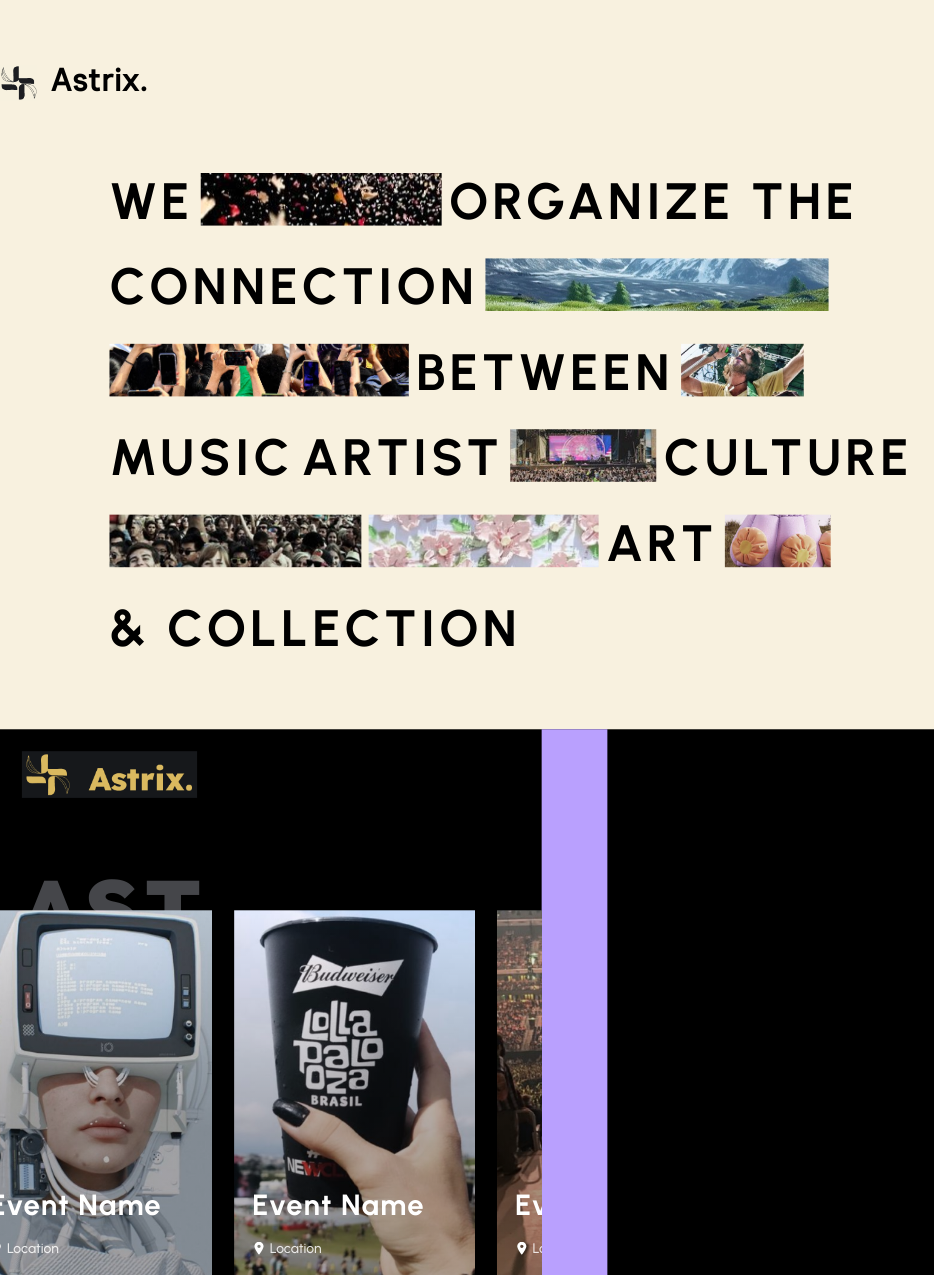
Repository: sharma171/astrix
Page: /
The author's editor kept a copy of each file at every save. The page is drawn from the files as they stood at one save, then again after the next save.
The browser window is 1280 px wide. The pictures show the whole page, at 73% of full size.
The project was rebuilt for these pictures with package versions that can differ from the ones it lists, and the page was loaded fresh each time.

Above is the page before, as saved 2024-05-20 15:29:31.

### src/index.jsx
import React from 'react';
import ReactDOM from 'react-dom/client';
// import './index.css';
import App from './App';
import reportWebVitals from './reportWebVitals';

const root = ReactDOM.createRoot(document.getElementById('root'));
root.render(
  // <React.StrictMode>
    <App />
  // </React.StrictMode>
);

// If you want to start measuring performance in your app, pass a function
// to log results (for example: reportWebVitals(console.log))
// or send to an analytics endpoint. Learn more: https://bit.ly/CRA-vitals
reportWebVitals();

### src/App.jsx
import React from "react";
import { BrowserRouter as Router, Route, Routes } from "react-router-dom";
import Home from "./Home";
import "./component/main.css";
//fonts
import "./fonts/FUTURA45LIGHT.TTF";
import "./fonts/FUTURA55REGULAR.TTF";
import "./fonts/FUTURA65MEDIUM.TTF";
import "./fonts/FUTURA75BOLD.TTF";

function App() {
  return (
    <div>
      <Router>
        <Routes>
          <Route path="/" element={<Home/>} />
        </Routes>
      </Router>
    </div>
  );
}
export default App;

### src/Home.jsx
import React, { useState } from 'react';
import Hero from "./component/hero";
import HomeSection from './component/homesection';
const Home = () => {
    const [heroActive, setHeroActive] = useState(false);
    const handleActive = () => {
        setHeroActive(!heroActive);
    }
    return(
        <div>
            <div className={`floating-hero ${heroActive ? 'active' : ''}`} onClick={handleActive}>
                <Hero />
            </div>
            <div className="homesection">
                <HomeSection />
            </div>
        </div>
    );
}
export default Home;

### src/component/main.css
@import url('https://fonts.googleapis.com/css2?family=Urbanist:ital,wght@0,100..900;1,100..900&display=swap');

@font-face {
    font-family: "sebino";
    src: local("sebino"),
     url("../fonts/Sebino-Regular.ttf") format("truetype");
    font-weight: 500;
}
@font-face {
    font-family: "futuralight";
    src: local("futuralight"),
     url("../fonts/FUTURA45LIGHT.TTF") format("truetype");
    font-weight: light;
}
@font-face {
    font-family: "futuraregular";
    src: local("futuraregular"),
     url("../fonts/FUTURA55REGULAR.TTF") format("truetype");
    font-weight: regular;
}
@font-face {
    font-family: "futuramedium";
    src: local("futuramedium"),
     url("../fonts/FUTURA65MEDIUM.TTF") format("truetype");
    font-weight: medium;
}
@font-face {
    font-family: "futurabold";
    src: local("futurabold"),
     url("../fonts/FUTURA75BOLD.TTF") format("truetype");
    font-weight: bold;
}

*{
    padding: 0;
    margin: 0;
}
* a{
    text-decoration: none;
}
* .row-flex {
    display: flex;
    flex-direction: row;
}
* .col-flex {
    display: flex;
    flex-direction: column;
}
* .container {
    width: 100%;
    max-width: 1380px;
    margin: 0 auto;
}
* .bigcontainer {
    width: 100%;
    max-width: 1520px;
    margin: 0 auto;
}
#root {
    background: #000;
    min-height: 100vh;
}

### src/component/hero.jsx
import React from "react";
import Header from "./header";
import "./hero-overlay/css/hero.css";
import ImageOne from "./hero-overlay/images/heroimage1.jpeg";
import ImageTwo from "./hero-overlay/images/heroimage2.jpeg";
import ImageThree from "./hero-overlay/images/heroimage3.jpg";
import ImageFour from "./hero-overlay/images/heroimage4.png";
import ImageFive from "./hero-overlay/images/heroimage5.png";
import ImageSix from "./hero-overlay/images/heroimag6.png";
import ImageSeven from "./hero-overlay/images/heroimage7.png";
import ImageEight from "./hero-overlay/images/heroimage8.png";
const Hero = () => {
    return(
        <>
            <Header />
            <div className={`container`} >
                <div className={`hero-anim row-flex`}>
                    <h3 className="hero-text">WE</h3>
                    <img className="hero-image" src={ImageOne} alt="" />
                    <h3 className="hero-text">ORGANIZE THE</h3>
                    <h3 className="hero-text">CONNECTION</h3>
                    <img className="hero-image" src={ImageTwo} alt="" />
                    <img className="hero-image" src={ImageThree} alt="" />
                    <h3 className="hero-text">BETWEEN</h3>
                    <img className="hero-image" src={ImageFour} alt="" />
                    <h3 className="hero-text">MUSIC</h3>
                    <h3 className="hero-text">ARTIST</h3>
                    <img className="hero-image" src={ImageFive} alt="" />
                    <h3 className="hero-text">CULTURE</h3>
                    <img className="hero-image" src={ImageSix} alt="" />
                    <img className="hero-image" src={ImageSeven} alt="" />
                    <h3 className="hero-text">ART</h3>
                    <img className="hero-image" src={ImageEight} alt="" />
                    <h3 className="hero-text">& COLLECTION</h3>
                </div>
            </div>
        </>
    );
}
export default Hero;

### src/component/homesection.js
import React from "react";
import "./home.css";
import AstrixIcon from "./images/asterlogo.png";
import CarImage1 from "./images/car-image.png";
import CarImage2 from "./images/car-image2.png";
import CarImage3 from "./images/car-image3.png";
import CarImage4 from "./images/car-image4.png";
import LocationIcon from "./images/location.svg";


const HomeSection = () => {
    return(
        <>
            <div className="bigcontainer">
                <div className="row-flex">
                    <div className="col-flex car-row-col">
                        <div className="row-flex car-row-row">
                            <div className="car-col">
                                <div className="homebrand">
                                    <img src={AstrixIcon} alt="" />
                                </div>
                                <div className="carousel-inner">
                                    <span className="one">AST<br></br>RIX</span>
                                    <span className="two">EVE<br></br>NTS</span>
                                    <div className="carousel-box">
                                        <div className="car-item">
                                            <img src={CarImage1} alt="carousel" className="carimg" />
                                            <div className="overlay col-flex">
                                                <h3 className="eventname">Event Name</h3>
                                                <div className="location row-flex">
                                                    <img src={LocationIcon} alt="" className="icon" />
                                                    <span>Location</span>
                                                </div>
                                            </div>
                                        </div>
                                        <div className="car-item">
                                            <img src={CarImage2} alt="carousel" className="carimg" />
                                            <div className="overlay col-flex">
                                                <h3 className="eventname">Event Name</h3>
                                                <div className="location row-flex">
                                                    <img src={LocationIcon} alt="" className="icon" />
                                                    <span>Location</span>
                                                </div>
                                            </div>
                                        </div>
                                        <div className="car-item">
                                            <img src={CarImage3} alt="carousel" className="carimg" />
                                            <div className="overlay col-flex">
                                                <h3 className="eventname">Event Name</h3>
                                                <div className="location row-flex">
                                                    <img src={LocationIcon} alt="" className="icon" />
                                                    <span>Location</span>
                                                </div>
                                            </div>
                                        </div>
                                        <div className="car-item">
                                            <img src={CarImage4} alt="carousel" className="carimg" />
                                            <div className="overlay col-flex">
                                                <h3 className="eventname">Event Name</h3>
                                                <div className="location row-flex">
                                                    <img src={LocationIcon} alt="" className="icon" />
                                                    <span>Location</span>
                                                </div>
                                            </div>
                                        </div>
                                    </div>
                                </div>
                            </div>
                            <div className="tick-col"></div>
                        </div>
                    </div>
                    <div className="col-flex evnt-col">

                    </div>
                </div>
            </div>
        </>
    );
}
export default HomeSection;

### src/component/header.jsx
import React from 'react';
import { Link } from 'react-router-dom';
import "./hero-overlay/css/header.css"
import HeroLogo from './hero-overlay/images/png logo.png';

const Header = () => {
    return(
        <div className="ov-header">
            <div className="container">
                <div className="navmenu">
                    <Link to="#" className="row-flex">
                        <img
                            src={HeroLogo}
                            alt="Asterix-logo"
                            className="brand-logo"
                        />
                        <h1 className='brand-name'>Astrix.</h1>
                    </Link>
                </div>
            </div>
        </div>
    )
}

export default Header;

### src/component/hero-overlay/css/hero.css
.floating-hero {
    background: #f8f1df;
    min-height: 100vh;
    transition: all 2s;
    cursor: pointer;
    display: block;
    position: static;
    width: 100%;
    transition: all 3s ease-in-out;
    top: 0;
}
.floating-hero.active {
    display: block;
    position: fixed;
    top: -500%;
    left: 0;
}
.floating-hero .navmenu{
    padding-top: 90px;
}

.floating-hero .hero-anim {
    flex-wrap: wrap;
    row-gap: 40px;
    column-gap: 10px;
    padding-left: 150px;
    padding-top: 100px;
    padding-bottom: 100px;
}

.floating-hero .hero-anim .hero-image {
    max-height: 72px;
    object-fit: cover;
}
.floating-hero .hero-anim .hero-text {
    font-family: "Urbanist", sans-serif;
    font-size: 70px;
    letter-spacing: 6px;
    line-height: 1.1;
    font-weight: 700;
    color: #000;
}
.floating-hero .hero-anim .hero-image:nth-child(2) {
    animation-name: hero-first;
    animation-duration: 9s;
    animation-timing-function: ease-in-out;
    animation-iteration-count: infinite;
    animation-delay: 2s;
    width: 450px;
}
.floating-hero .hero-anim .hero-image:nth-child(5) {
    animation-name: hero-second;
    animation-duration: 9s;
    animation-timing-function: ease-in-out;
    animation-iteration-count: infinite;
    animation-delay: 2s;
    width: 620px;
}
.floating-hero .hero-anim .hero-image:nth-child(6) {
    animation-name: hero-third;
    animation-duration: 9s;
    animation-timing-function: ease-in-out;
    animation-iteration-count: infinite;
    animation-delay: 2s;
    width: 340px;
}
.floating-hero .hero-anim .hero-image:nth-child(11) {
    animation-name: hero-four;
    animation-duration: 9s;
    animation-timing-function: ease-in-out;
    animation-iteration-count: infinite;
    animation-delay: 2s;
    width: 300px;
}
.floating-hero .hero-anim .hero-image:nth-child(13) {
    animation-name: hero-fifth;
    animation-duration: 9s;
    animation-timing-function: ease-in-out;
    animation-iteration-count: infinite;
    animation-delay: 2s;
    width: 190px;
}
.floating-hero .hero-anim .hero-image:nth-child(14) {
    animation-name: hero-sixth;
    animation-duration: 9s;
    animation-timing-function: ease-in-out;
    animation-iteration-count: infinite;
    animation-delay: 2s;
    width: 255px;
}
@keyframes hero-first {
    0% {
        width: 450px;
    }
    25% {
        width: 330px;
    }
    50% {
        width: 330px;
    }
    75% {
        width: 450px;
    }
    100% {
        width: 450px;
    }
}
@keyframes hero-second {
    0% {
        width: 620px;
    }
    25% {
        width: 470px;
    }
    50% {
        width: 470px;
    }
    75% {
        width: 620px;
    }
    100% {
        width: 620px;
    }
}
@keyframes hero-third {
    0% {
        width: 340px;
    }
    25% {
        width: 410px;
    }
    50% {
        width: 410px;
    }
    75% {
        width: 340px;
    }
    100% {
        width: 340px;
    }
}
@keyframes hero-four {
    0% {
        width: 300px;
    }
    25% {
        width: 200px;
    }
    50% {
        width: 200px;
    }
    75% {
        width: 300px;
    }
    100% {
        width: 300px;
    }
}
@keyframes hero-fifth {
    0% {
        width: 190px;
    }
    25% {
        width: 345px;
    }
    50% {
        width: 345px;
    }
    75% {
        width: 190px;
    }
    100% {
        width: 190px;
    }
}
@keyframes hero-sixth {
    0% {
        width: 255px;
    }
    25% {
        width: 315px;
    }
    50% {
        width: 315px;
    }
    75% {
        width: 255px;
    }
    100% {
        width: 255px;
    }
}

### src/component/home.css
@import url('https://fonts.googleapis.com/css2?family=Lexend:wght@100..900&family=Roboto+Slab:wght@100..900&display=swap');

/* Carousel columns */


.homesection .car-row-col {
    width: 65%;
}
.homesection .car-row-row {
    flex-wrap: nowrap;
    width: 100%;
}
.homesection .car-col {
    width: calc(100% - 90px);
}
.homesection .tick-col {
    width: 90px;
    background: #b9a0fe;
}
.homesection .car-col .homebrand {
    margin-top: 30px;
    margin-left: 30px;
}
.homesection .car-col .homebrand img{
    width: 240px;
}

.homesection .car-col .carousel-inner {
    position: relative;
    margin: 90px 0 0 0;
}

.homesection .car-col .carousel-inner .one {
    position: absolute;
    top: 0;
    color: #45464a;
    font-family: "Lexend", sans-serif;
    font-size: 114px;
    line-height: 1;
    font-weight: 800;
    letter-spacing: 8px;
    margin-left: 30px;
    z-index: 1;
}
.homesection .car-col .carousel-inner .two {
    position: absolute;
    bottom: 60px;
    color: #45464a;
    font-family: "Lexend", sans-serif;
    font-size: 114px;
    line-height: 1;
    font-weight: 800;
    letter-spacing: 8px;
    margin-left: 30px;
    z-index: 1;
}
.homesection .car-col .carousel-inner .carousel-box {
    z-index: 10;
    position: relative;
    padding-top: 60px;
    padding-left: 28%;
    gap: 30px;
    display: flex;
    flex-direction: row;
    overflow: hidden;
}
.homesection .car-col .carousel-inner .carousel-box .car-item {
    height: 500px;
    width: 330px;
    max-height: 500px;
    max-width: 330px;
    position: relative;
    animation-name: carousel;
    animation-delay: 2s;
    animation-duration: 7.6s;
    animation-iteration-count:infinite;
    animation-timing-function: ease-in-out;
}
.homesection .car-col .carousel-inner .carousel-box .car-item:nth-child(1) .overlay {
    animation-name: visible1;
    animation-delay: 2s;
    animation-duration: 7.6s;
    animation-iteration-count:infinite;
    animation-timing-function: ease-in-out;
}
@keyframes carousel {
    0% {
        transform: translate(0%);
    }
    10% {
        transform: translate(-80%);
    }
    13.5% {
        transform: translate(-75%);
    }
    33.5% {
        transform: translate(-75%);
    }
    43.5% {
        transform: translate(-190%);
    }
    47.0% {
        transform: translate(-184%);
    }
    67.0% {
        transform: translate(-184%);
    }
    77% {
        transform: translate(-300%);
    }
    80% {
        transform: translate(-294%);
    }
    100% {
        transform: translate(-294%);
    }
}

.homesection .car-col .carousel-inner .carousel-box .car-item .carimg {
    height: 500px;
    width: 330px;
    max-height: 500px;
    max-width: 330px;
    object-fit: cover;
}

.homesection .car-col .carousel-inner .carousel-box .car-item .overlay {
    position: absolute;
    top: 0;
    left: 0;
    width: 100%;
    height: 100%;
    display: flex;
    justify-content: flex-end;
    align-items: flex-start;
    color: #fff;
    font-family: "Urbanist", sans-serif;
    background: linear-gradient(0deg, rgb(0 0 0 / 29%) 40%, rgb(0 0 0 / 0%) 100%);
}

.homesection .car-col .carousel-inner .carousel-box .car-item .overlay .eventname {
    font-size: 40px;
    font-weight: 700;
    line-height: 1;
    margin: 25px 25px 30px 25px;
    letter-spacing: 1.7px;
}
.homesection .car-col .carousel-inner .carousel-box .car-item .overlay .location {
    margin: 0px 25px 25px 25px;
    gap: 6px
}
.homesection .car-col .carousel-inner .carousel-box .car-item .overlay .location .icon {
    width: 18px;
    height: 18px;
}
.homesection .car-col .carousel-inner .carousel-box .car-item .overlay .location span {
    font-size: 19px;
    font-weight: 500;
    line-height: 1.1;
    color: #ffffffd6;
}


/* //Event columns */
.homesection .evnt-col{
    width: 35%;
}

### src/component/hero-overlay/css/header.css
.ov-header .navmenu .brand-logo {
    width: 50px;
    height: auto;
}
.ov-header .brand-name {
    font-family: "sebino";
    color: black;
    font-size: 43px;
    line-height: 0.8;
    align-self: center;
    margin-left: 20px;
    letter-spacing: 1.5px;
}

Loaded but not shown: public/index.html (common file); src/reportWebVitals.js (common file)

After the next save:
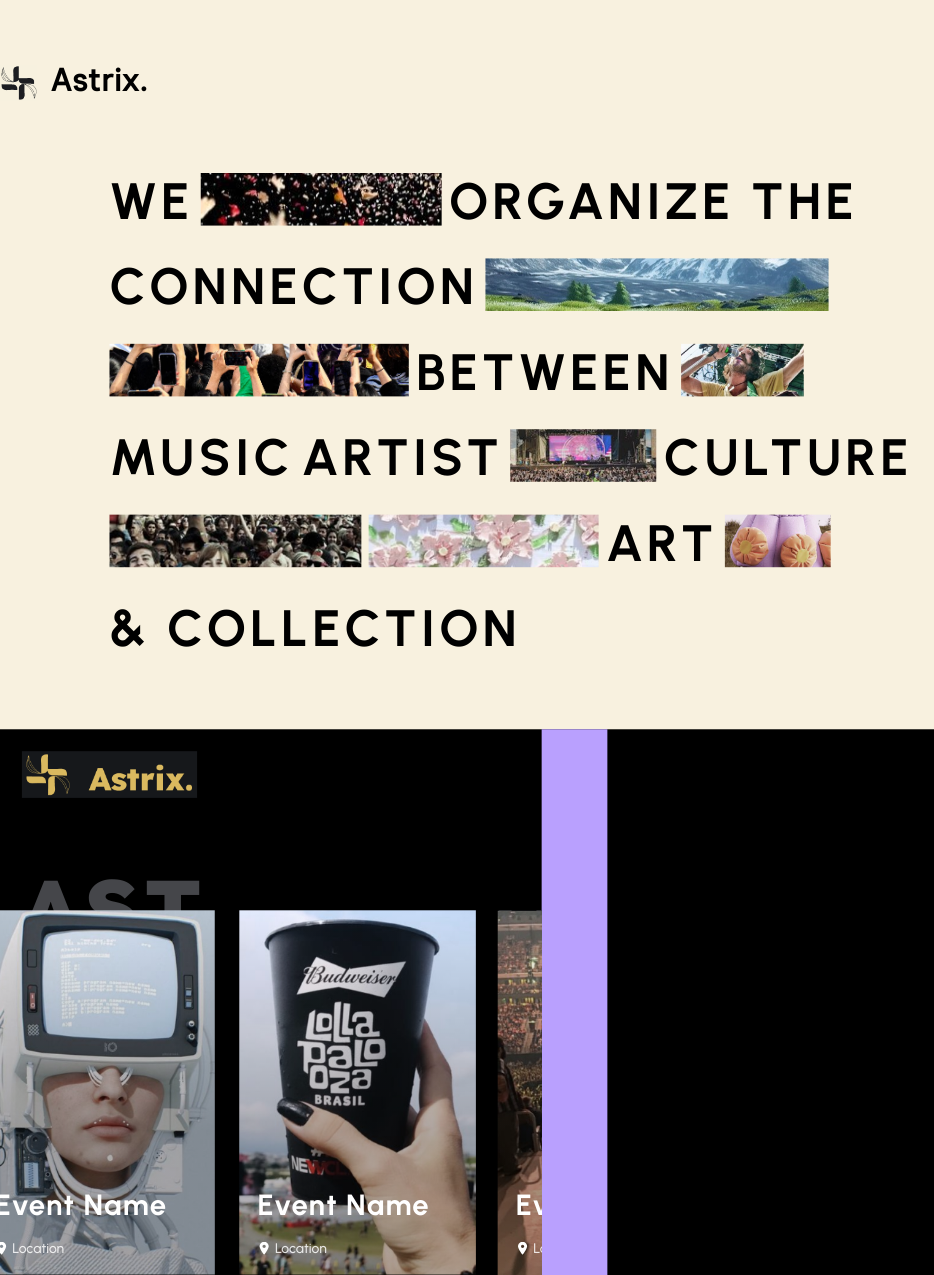
Saved 41 s later.
--- a/src/component/home.css
+++ b/src/component/home.css
@@ -114,6 +114,40 @@
     100% {
         transform: translate(-294%);
     }
+}
+
+@keyframes visible1 {
+    0% {
+        transform: translate(0%);
+    }
+    10% {
+        transform: translate(-80%);
+    }
+    13.5% {
+        transform: translate(-75%);
+    }
+    33.5% {
+        transform: translate(-75%);
+    }
+    43.5% {
+        transform: translate(-190%);
+    }
+    47.0% {
+        transform: translate(-184%);
+    }
+    67.0% {
+        transform: translate(-184%);
+    }
+    77% {
+        transform: translate(-300%);
+    }
+    80% {
+        transform: translate(-294%);
+    }
+    100% {
+        transform: translate(-294%);
+    }
+}
 }
 
 .homesection .car-col .carousel-inner .carousel-box .car-item .carimg {

After the save that followed:
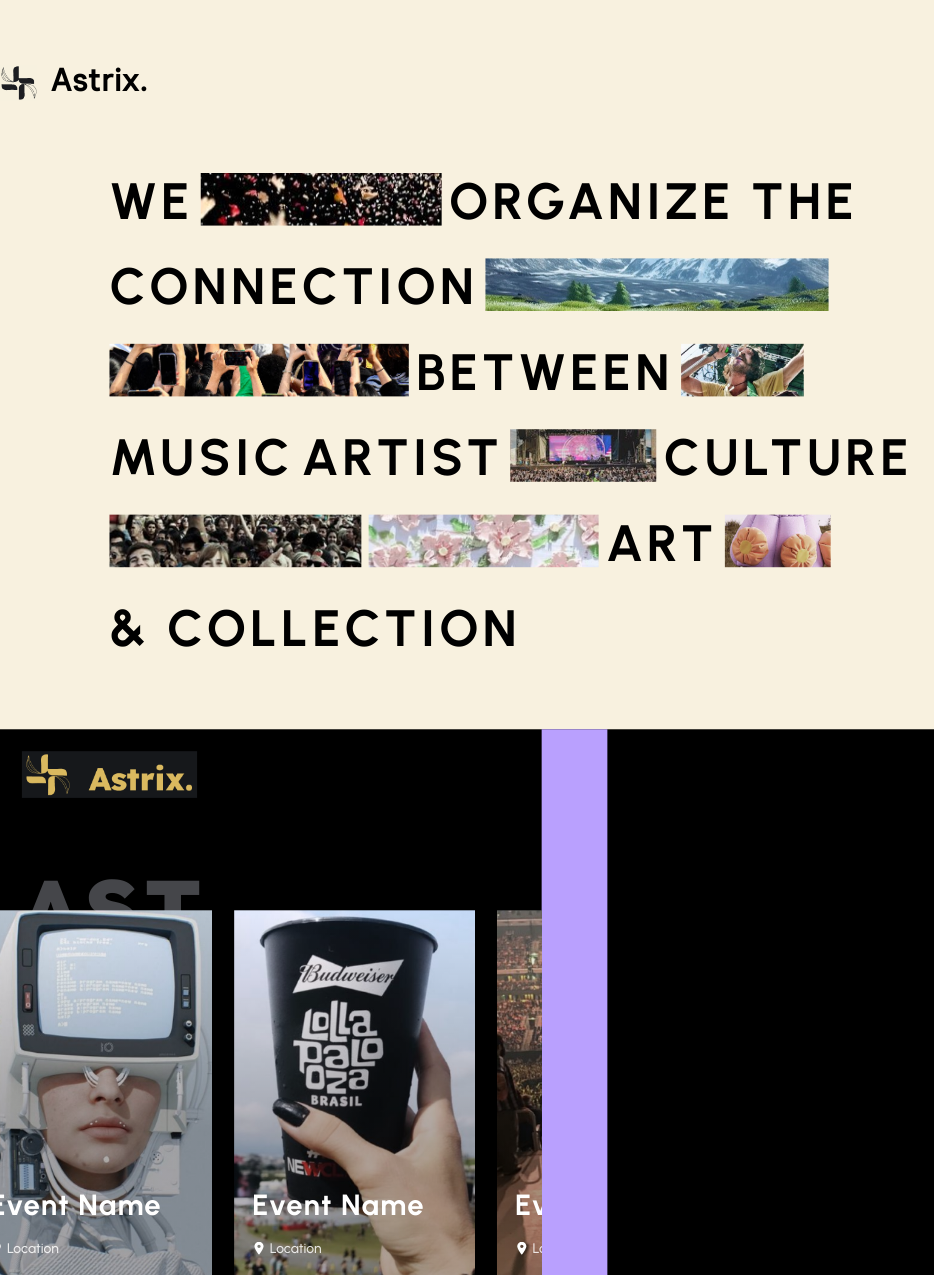
Saved 11 s later.
--- a/src/component/home.css
+++ b/src/component/home.css
@@ -148,7 +148,7 @@
         transform: translate(-294%);
     }
 }
-}
+
 
 .homesection .car-col .carousel-inner .carousel-box .car-item .carimg {
     height: 500px;
